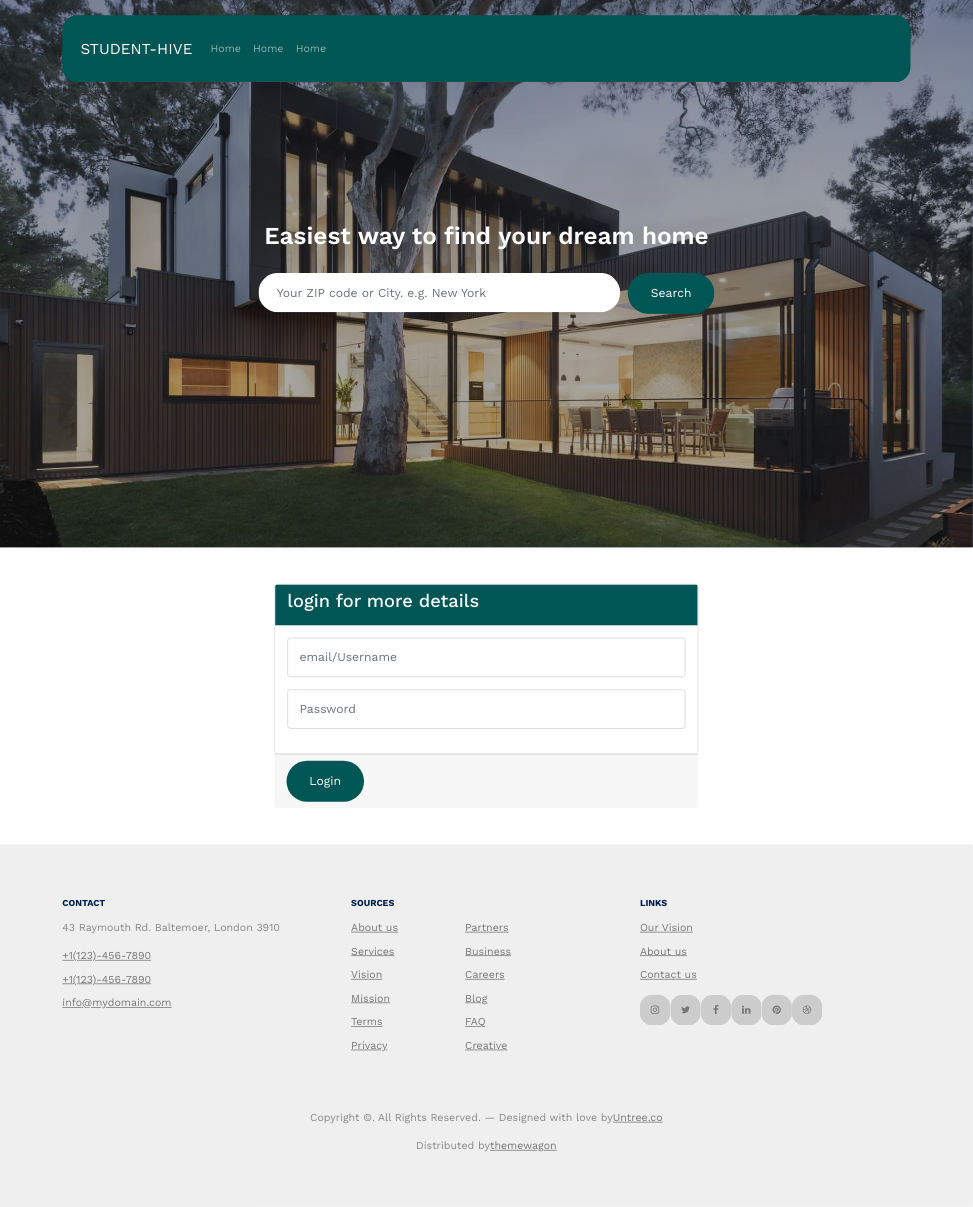
Repository: Farhan0021/Rentalproject
Page: /seeker/login (app in front/)
The author's editor kept a copy of each file at every save. The page is drawn from the files as they stood at one save, then again after a run of saves.
The browser window is 1280 px wide. The pictures show the whole page, at 76% of full size.
The project was rebuilt for these pictures with package versions that can differ from the ones it lists, and the page was loaded fresh each time. Also part of the build but not shown: front/vite.config.js, front/src/pages/Home.jsx, front/src/schema/SeekerSignupSchema.jsx, front/src/pages/seekers/Signup.jsx, front/src/pages/owner/Login.jsx, front/src/schema/OwnerSignupSchema.jsx, front/src/pages/owner/Signup.jsx.

Above is the page before, as saved 2025-04-29 21:53:08.
Console error: TypeError: Cannot read properties of null (reading 'style')

### front/index.html
<!doctype html>
<html lang="en">
  <head>
    <meta charset="UTF-8" />
    <link rel="icon" type="image/svg+xml" href="/vite.svg" />
    <meta name="viewport" content="width=device-width, initial-scale=1.0" />
    <title>Vite + React</title>
    <link rel="preconnect" href="https://fonts.googleapis.com" />
    <link rel="preconnect" href="https://fonts.gstatic.com" crossorigin />
    <link
      href="https://fonts.googleapis.com/css2?family=Work+Sans:wght@400;500;600;700&display=swap"
      rel="stylesheet"
    />

    <link rel="stylesheet" href="/Assets/fonts/icomoon/style.css" />
    <link rel="stylesheet" href="/Assets/fonts/flaticon/font/flaticon.css" />

    <link rel="stylesheet" href="/Assets/css/tiny-slider.css" />
    <link rel="stylesheet" href="/Assets/css/aos.css" />
    <link rel="stylesheet" href="/Assets/css/style.css" />
  </head>
  <body>
    <div id="root"></div>
    <script type="module" src="/src/main.jsx"></script>

    <script src="/Assets/js/bootstrap.bundle.min.js"></script>
    <script src="/Assets/js/tiny-slider.js"></script>
    <script src="/Assets/js/aos.js"></script>
    <script src="/Assets/js/navbar.js"></script>
    <script src="/Assets/js/counter.js"></script>
    <script src="/Assets/js/custom.js"></script>
  </body>
  </body>
</html>

### front/src/main.jsx
import { StrictMode } from 'react'
import { createRoot } from 'react-dom/client'
import App from './App'
import { BrowserRouter } from 'react-router-dom'


createRoot(document.getElementById('root')).render(
  <StrictMode>
    <BrowserRouter>
    <App />
    </BrowserRouter>
  </StrictMode>,
)

### front/src/App.jsx
import React from 'react'
import HeaderNew from './components/HeaderNew'
import Slider from './components/Slider'
import Footer from './components/Footer'
import AllRoutes from './routes/AllRoutes'

const App = () => {
  return (
    <>

    {/* <Header/> */}
    <HeaderNew/>
    <Slider/>
    <AllRoutes/>
    <Footer/>

     </>
  )
}

export default App

### front/src/components/HeaderNew.jsx
import React from'react'
import {NavLink} from 'react-router-dom'

const HeaderNew = () => {
    return (

    <div className="container fixed-top" style={{top:"20px" }}>
     <nav className='navbar navbar-expand-sm navbar-dark bg-green p-4' style={{borderRadius : "20px"}}>
          <NavLink className="navbar-brand"to='/'>STUDENT-HIVE</NavLink>
              <button className='navbar-toggler' data-bs-toggle="collapse" data-bs-target="#menu"
>
                   <span className='navbar-toggler-icon'></span>
             </button>
             <div className='collapse navbar-collapse' id='menu'>
                <ul className='nav navbar-nav'>

                    <li className='nav-item'>
                        <NavLink className="nav-link" to="/">Home</NavLink>
                    </li>
                    <li className='nav-item'>
                        <NavLink className="nav-link" to="/">Home</NavLink>
                    </li>
                    <li className='nav-item'>
                        <NavLink className="nav-link" to="/">Home</NavLink>
                    </li>

                </ul>
             </div>

             </nav>
       </div>
    )
}

export default HeaderNew

### front/src/components/Slider.jsx
import React from 'react'

const Slider = () => {
    return (
        <div className="hero">
        <div className="hero-slide">
          <div
            className="img overlay"
            style={{backgroundImage: "url('/Assets/images/hero_bg_3.jpg')"}}
          ></div>

        </div>

        <div className="container">
          <div className="row justify-content-center align-items-center">
            <div className="col-lg-9 text-center">
              <h1 className="heading" data-aos="fade-up">
                Easiest way to find your dream home
              </h1>
              <form
                action="#"
                className="narrow-w form-search d-flex align-items-stretch mb-3"
                data-aos="fade-up"
                data-aos-delay="200"
              >
                <input
                  type="text"
                  className="form-control px-4"
                  placeholder="Your ZIP code or City. e.g. New York"
                />
                <button type="submit" className="btn btn-primary">Search</button>
              </form>
            </div>
          </div>
        </div>
      </div>

    )
}
export default Slider

### front/src/components/Footer.jsx
import React from 'react'

const Footer = () => {
    return (
        <div className="site-footer">
        <div className="container">
          <div className="row">
            <div className="col-lg-4">
              <div className="widget">
                <h3>Contact</h3>
                <address>43 Raymouth Rd. Baltemoer, London 3910</address>
                <ul className="list-unstyled links">
                  <li><a href="tel://11234567890">+1(123)-456-7890</a></li>
                  <li><a href="tel://11234567890">+1(123)-456-7890</a></li>
                  <li>
                    <a href="mailto:info@mydomain.com">info@mydomain.com</a>
                  </li>
                </ul>
              </div>

            </div>

            <div className="col-lg-4">
              <div className="widget">
                <h3>Sources</h3>
                <ul className="list-unstyled float-start links">
                  <li><a href="#">About us</a></li>
                  <li><a href="#">Services</a></li>
                  <li><a href="#">Vision</a></li>
                  <li><a href="#">Mission</a></li>
                  <li><a href="#">Terms</a></li>
                  <li><a href="#">Privacy</a></li>
                </ul>
                <ul className="list-unstyled float-start links">
                  <li><a href="#">Partners</a></li>
                  <li><a href="#">Business</a></li>
                  <li><a href="#">Careers</a></li>
                  <li><a href="#">Blog</a></li>
                  <li><a href="#">FAQ</a></li>
                  <li><a href="#">Creative</a></li>
                </ul>
              </div>

            </div>

            <div className="col-lg-4">
              <div className="widget">
                <h3>Links</h3>
                <ul className="list-unstyled links">
                  <li><a href="#">Our Vision</a></li>
                  <li><a href="#">About us</a></li>
                  <li><a href="#">Contact us</a></li>
                </ul>

                <ul className="list-unstyled social">
                  <li>
                    <a href="#"><span className="icon-instagram"></span></a>
                  </li>
                  <li>
                    <a href="#"><span className="icon-twitter"></span></a>
                  </li>
                  <li>
                    <a href="#"><span className="icon-facebook"></span></a>
                  </li>
                  <li>
                    <a href="#"><span className="icon-linkedin"></span></a>
                  </li>
                  <li>
                    <a href="#"><span className="icon-pinterest"></span></a>
                  </li>
                  <li>
                    <a href="#"><span className="icon-dribbble"></span></a>
                  </li>
                </ul>
              </div>

            </div>

          </div>


          <div className="row mt-5">
            <div className="col-12 text-center">


              <p>
                Copyright &copy;
                <script>
                  document.write(new Date().getFullYear());
                </script>
                . All Rights Reserved. &mdash; Designed with love by
                <a href="https://untree.co">Untree.co</a>

              </p>
              <div>
                Distributed by
                <a href="https://themewagon.com/" target="_blank">themewagon</a>
              </div>
            </div>
          </div>
        </div>

      </div>

    )
}
export default Footer

### front/src/routes/AllRoutes.jsx
import React from 'react'
import { Routes, Route } from 'react-router-dom'
import {
    Home,
SeekerLogin,
SeekerSignup,
OwnerLogin,
OwnerSignup,
} from '../pages'

const AllRoutes = () => {
    return(
        <>
        <Routes>
            <Route path='' element= { <Home/>}/>
            <Route path='seeker/login' element={<SeekerLogin/>}/>
            <Route path='seeker/Signup' element={<SeekerSignup/>}/>

            <Route path='owner/Login' element={<OwnerLogin/>}/>
            <Route path='owner/Signup' element={<OwnerSignup/>}/>
        </Routes>

     </>

    )
}
export default AllRoutes

### front/src/pages/index.jsx
import Home from "./Home";
import SeekerLogin from "./seekers/Login"
import SeekerSignup from "./seekers/Signup";
import OwnerLogin from "./owner/Login"
import OwnerSignup from "./owner/Signup"

export {Home,SeekerLogin,SeekerSignup,OwnerLogin,OwnerSignup};

### front/src/pages/seekers/Login.jsx
import React, { useEffect } from 'react'

const Login = () => {
  useEffect(()=>{
    window.scroll(0,0);
  },[])

    return (
        <div className="container" style={{minHeigh : "700px"}}>

        <div className="row"></div>
        <div className="col-md-6 offset-md-3 my-5">

         <div className="card">
            <div className="card-header bg-green">
                <h4 className='text-light'>login for more details</h4>
            </div>
            <div className="card-body">

              <div className="row">

                </div>
                <div className="col-12 mb-3">
                  <input
                    type="text"
                    className="form-control"
                    placeholder="email/Username"
                  />
                </div>
                <div className="col-12 mb-3">
                  <input
                    type="Password"
                    className="form-control"
                    placeholder="Password"
                  />
                </div>



              </div>

            </div>
            <div className="card-footer">
            <div className="col-12">
                  <input
                    type="submit"
                    value="Login"
                    className="btn btn-primary"
                  />
                </div>
            </div>
         </div>
        </div>

    )
}

export default Login

### front/public/Assets/css/tiny-slider.css
.tns-outer{padding:0 !important}.tns-outer [hidden]{display:none !important}.tns-outer [aria-controls],.tns-outer [data-action]{cursor:pointer}.tns-slider{-webkit-transition:all 0s;-moz-transition:all 0s;transition:all 0s}.tns-slider>.tns-item{-webkit-box-sizing:border-box;-moz-box-sizing:border-box;box-sizing:border-box}.tns-horizontal.tns-subpixel{white-space:nowrap}.tns-horizontal.tns-subpixel>.tns-item{display:inline-block;vertical-align:top;white-space:normal}.tns-horizontal.tns-no-subpixel:after{content:'';display:table;clear:both}.tns-horizontal.tns-no-subpixel>.tns-item{float:left}.tns-horizontal.tns-carousel.tns-no-subpixel>.tns-item{margin-right:-100%}.tns-no-calc{position:relative;left:0}.tns-gallery{position:relative;left:0;min-height:1px}.tns-gallery>.tns-item{position:absolute;left:-100%;-webkit-transition:transform 0s, opacity 0s;-moz-transition:transform 0s, opacity 0s;transition:transform 0s, opacity 0s}.tns-gallery>.tns-slide-active{position:relative;left:auto !important}.tns-gallery>.tns-moving{-webkit-transition:all 0.25s;-moz-transition:all 0.25s;transition:all 0.25s}.tns-autowidth{display:inline-block}.tns-lazy-img{-webkit-transition:opacity 0.6s;-moz-transition:opacity 0.6s;transition:opacity 0.6s;opacity:0.6}.tns-lazy-img.tns-complete{opacity:1}.tns-ah{-webkit-transition:height 0s;-moz-transition:height 0s;transition:height 0s}.tns-ovh{overflow:hidden}.tns-visually-hidden{position:absolute;left:-10000em}.tns-transparent{opacity:0;visibility:hidden}.tns-fadeIn{opacity:1;filter:alpha(opacity=100);z-index:0}.tns-normal,.tns-fadeOut{opacity:0;filter:alpha(opacity=0);z-index:-1}.tns-vpfix{white-space:nowrap}.tns-vpfix>div,.tns-vpfix>li{display:inline-block}.tns-t-subp2{margin:0 auto;width:310px;position:relative;height:10px;overflow:hidden}.tns-t-ct{width:2333.3333333%;width:-webkit-calc(100% * 70 / 3);width:-moz-calc(100% * 70 / 3);width:calc(100% * 70 / 3);position:absolute;right:0}.tns-t-ct:after{content:'';display:table;clear:both}.tns-t-ct>div{width:1.4285714%;width:-webkit-calc(100% / 70);width:-moz-calc(100% / 70);width:calc(100% / 70);height:10px;float:left}

### front/public/Assets/js/navbar.js
(function(){

	'use strict'


	var siteMenuClone = function() {
		var jsCloneNavs = document.querySelectorAll('.js-clone-nav');
		var siteMobileMenuBody = document.querySelector('.site-mobile-menu-body');



		jsCloneNavs.forEach(nav => {
			var navCloned = nav.cloneNode(true);
			navCloned.setAttribute('class', 'site-nav-wrap');
			siteMobileMenuBody.appendChild(navCloned);
		});

		setTimeout(function(){

			var hasChildrens = document.querySelector('.site-mobile-menu').querySelectorAll(' .has-children');

			var counter = 0;
			hasChildrens.forEach( hasChild => {

				var refEl = hasChild.querySelector('a');

				var newElSpan = document.createElement('span');
				newElSpan.setAttribute('class', 'arrow-collapse collapsed');

				// prepend equivalent to jquery
				hasChild.insertBefore(newElSpan, refEl);

				var arrowCollapse = hasChild.querySelector('.arrow-collapse');
				arrowCollapse.setAttribute('data-bs-toggle', 'collapse');
				arrowCollapse.setAttribute('data-bs-target', '#collapseItem' + counter);

				var dropdown = hasChild.querySelector('.dropdown');
				dropdown.setAttribute('class', 'collapse');
				dropdown.setAttribute('id', 'collapseItem' + counter);

				counter++;
			});

		}, 1000);


		// Click js-menu-toggle

		var menuToggle = document.querySelectorAll(".js-menu-toggle");
		var mTog;
		menuToggle.forEach(mtoggle => {
			mTog = mtoggle;
			mtoggle.addEventListener("click", (e) => {
				if ( document.body.classList.contains('offcanvas-menu') ) {
					document.body.classList.remove('offcanvas-menu');
					mtoggle.classList.remove('active');
					mTog.classList.remove('active');
				} else {
					document.body.classList.add('offcanvas-menu');
					mtoggle.classList.add('active');
					mTog.classList.add('active');
				}
			});
		})



		var specifiedElement = document.querySelector(".site-mobile-menu");
		var mt, mtoggleTemp;
		// document.addEventListener('click', function(event) {
		// 	var isClickInside = specifiedElement.contains(event.target);
		// 	menuToggle.forEach(mtoggle => {
		// 		mtoggleTemp = mtoggle
		// 		mt = mtoggle.contains(event.target);
		// 	})

		// 	if (!isClickInside && !mt) {
		// 		if ( document.body.classList.contains('offcanvas-menu') ) {
		// 			document.body.classList.remove('offcanvas-menu');
		// 			mtoggleTemp.classList.remove('active');
		// 		}
		// 	}

		// });

	};
	siteMenuClone();


})()

### front/public/Assets/js/counter.js
(function () {

	'use trict';
// How long you want the animation to take, in ms
const animationDuration = 2000;
// Calculate how long each ‘frame’ should last if we want to update the animation 60 times per second
const frameDuration = 1000 / 60;
// Use that to calculate how many frames we need to complete the animation
const totalFrames = Math.round( animationDuration / frameDuration );
// An ease-out function that slows the count as it progresses
const easeOutQuad = t => t * ( 2 - t );


const numberWithCommas = n => {
	return n.toString().replace(/\B(?=(\d{3})+(?!\d))/g, ',');
}

// The animation function, which takes an Element
const animateCountUp = el => {
	let frame = 0;
	const countTo = parseInt( el.innerHTML, 10 );
	// Start the animation running 60 times per second
	const counter = setInterval( () => {
		frame++;
		// Calculate our progress as a value between 0 and 1
		// Pass that value to our easing function to get our
		// progress on a curve
		const progress = easeOutQuad( frame / totalFrames );
		// Use the progress value to calculate the current count
		const currentCount = Math.round( countTo * progress );

		// If the current count has changed, update the element
		if ( parseInt( el.innerHTML, 10 ) !== currentCount ) {
			el.innerHTML = numberWithCommas(currentCount);
		}

		// If we’ve reached our last frame, stop the animation
		if ( frame === totalFrames ) {
			clearInterval( counter );
		}
	}, frameDuration );
};

// Run the animation on all elements with a class of ‘countup’
const runAnimations = () => {
	const countupEls = document.querySelectorAll( '.countup' );
	countupEls.forEach( animateCountUp );
};




// In Viewed
var elements;
var windowHeight;

function init() {
	elements = document.querySelectorAll('.section-counter');
	windowHeight = window.innerHeight;
}

function checkPosition() {
	var i;
	for (i = 0; i < elements.length; i++) {
		var element = elements[i];
		var positionFromTop = elements[i].getBoundingClientRect().top;
		if (positionFromTop - windowHeight <= 0) {
			if( !element.classList.contains('viewed') ) {
				element.classList.add('viewed');
				runAnimations();
			} else {
				if ( element.classList.contains('viewed') ) {

				}
			}

		}
	}
}

window.addEventListener('scroll', checkPosition);
window.addEventListener('resize', init);

init();
checkPosition();


})()

### front/public/Assets/js/custom.js
(function () {

	'use strict'


	AOS.init({
		duration: 800,
		easing: 'slide',
		once: true
	});

	var preloader = function() {

		var loader = document.querySelector('.loader');
		var overlay = document.getElementById('overlayer');

		function fadeOut(el) {
			el.style.opacity = 1;
			(function fade() {
				if ((el.style.opacity -= .1) < 0) {
					el.style.display = "none";
				} else {
					requestAnimationFrame(fade);
				}
			})();
		};

		setTimeout(function() {
			fadeOut(loader);
			fadeOut(overlay);
		}, 200);
	};
	preloader();


	var tinySdlier = function() {

		var heroSlider = document.querySelectorAll('.hero-slide');
		var propertySlider = document.querySelectorAll('.property-slider');
		var imgPropertySlider = document.querySelectorAll('.img-property-slide');
		var testimonialSlider = document.querySelectorAll('.testimonial-slider');


		if ( heroSlider.length > 0 ) {
			var tnsHeroSlider = tns({
				container: '.hero-slide',
				mode: 'carousel',
				speed: 700,
				autoplay: true,
				controls: false,
				nav: false,
				autoplayButtonOutput: false,
				controlsContainer: '#hero-nav',
			});
		}


		if ( imgPropertySlider.length > 0 ) {
			var tnsPropertyImageSlider = tns({
				container: '.img-property-slide',
				mode: 'carousel',
				speed: 700,
				items: 1,
				gutter: 30,
				autoplay: true,
				controls: false,
				nav: true,
				autoplayButtonOutput: false
			});
		}

		if ( propertySlider.length> 0 ) {
			var tnsSlider = tns({
				container: '.property-slider',
				mode: 'carousel',
				speed: 700,
				gutter: 30,
				items: 3,
				autoplay: true,
				autoplayButtonOutput: false,
				controlsContainer: '#property-nav',
				responsive: {
					0: {
						items: 1
					},
					700: {
						items: 2
					},
					900: {
						items: 3
					}
				}
			});
		}


		if ( testimonialSlider.length> 0 ) {
			var tnsSlider = tns({
				container: '.testimonial-slider',
				mode: 'carousel',
				speed: 700,
				items: 3,
				gutter: 50,
				autoplay: true,
				autoplayButtonOutput: false,
				controlsContainer: '#testimonial-nav',
				responsive: {
					0: {
						items: 1
					},
					700: {
						items: 2
					},
					900: {
						items: 3
					}
				}
			});
		}
	}
	tinySdlier();



})()

Loaded but not shown: front/public/Assets/fonts/icomoon/style.css (common file); front/public/Assets/fonts/flaticon/font/flaticon.css (common file); front/public/Assets/css/aos.css (library); front/public/Assets/css/style.css (library); front/public/Assets/js/bootstrap.bundle.min.js (library); front/public/Assets/js/aos.js (library); front/public/Assets/js/tiny-slider.js (3208 lines, source omitted)

After the next 2 saves:
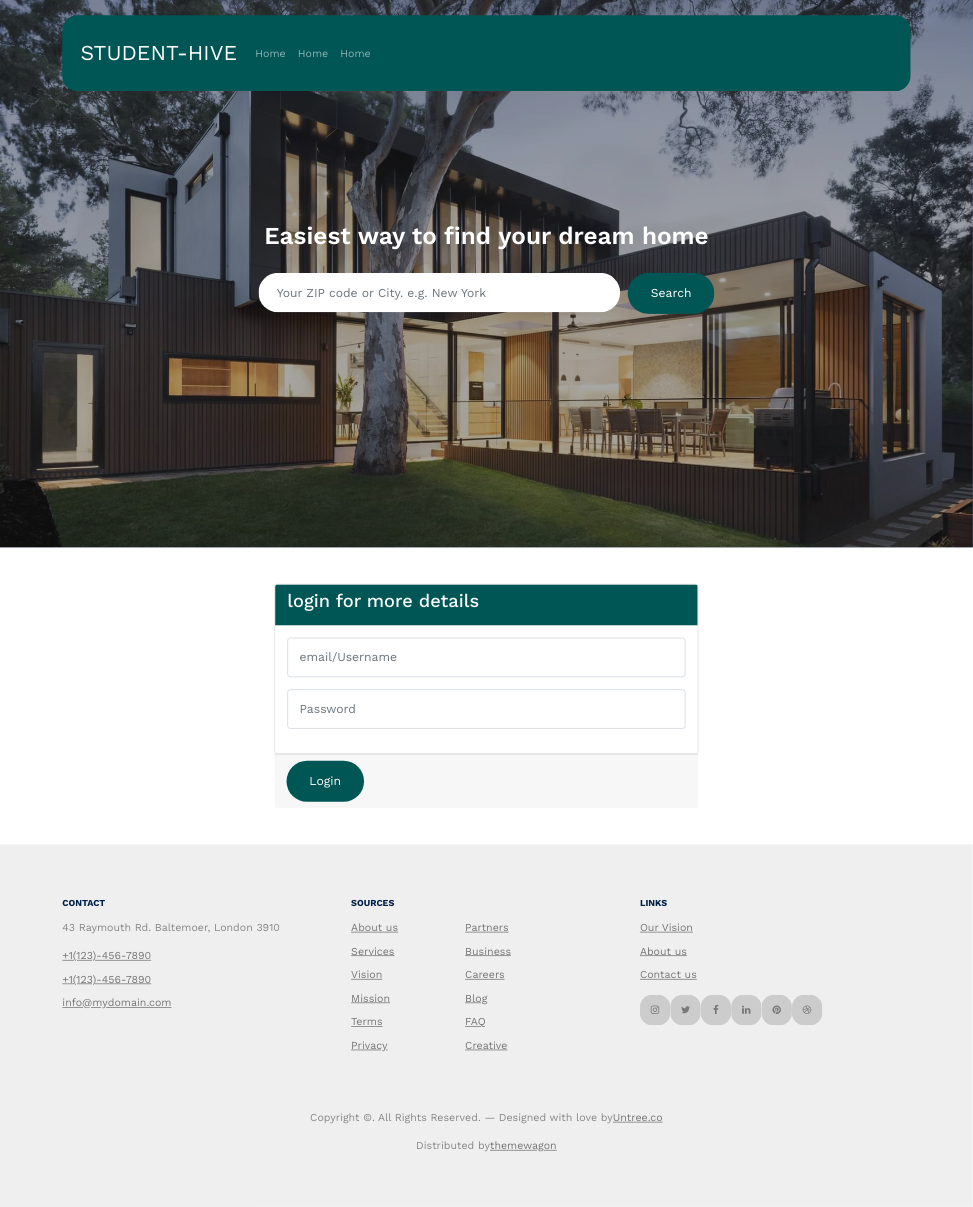
The 2 saves are shown as one change because 1 did not build or start.
The last was saved 14 h 18 min later.
--- a/front/src/components/HeaderNew.jsx
+++ b/front/src/components/HeaderNew.jsx
@@ -6,7 +6,7 @@ const HeaderNew = () => {
 
     <div className="container fixed-top" style={{top:"20px" }}>
      <nav className='navbar navbar-expand-sm navbar-dark bg-green p-4' style={{borderRadius : "20px"}}>
-          <NavLink className="navbar-brand"to='/'>STUDENT-HIVE</NavLink>
+          <NavLink className="navbar-brand" style={{fontSize : "28px"}} to='/'>STUDENT-HIVE</NavLink>
               <button className='navbar-toggler' data-bs-toggle="collapse" data-bs-target="#menu"
 >
                    <span className='navbar-toggler-icon'></span>
